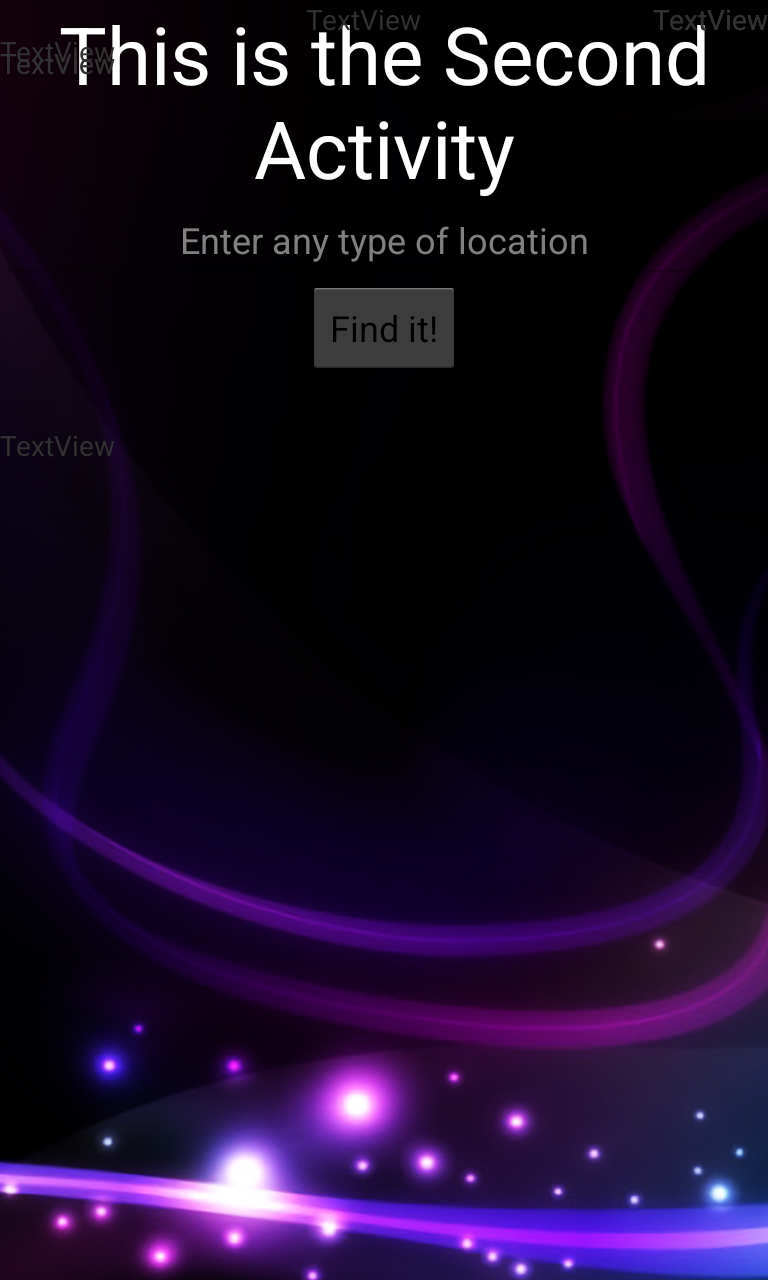
Repository: fsoDannis/workspace
Layout: findIt_3/res/layout/second.xml
These files come from the project's save history. The layout is drawn as it stood at one moment and after the next save; the edit follows.
It is drawn on a 768 x 1280 px phone screen (xhdpi) without system bars, with theme AppTheme; the app's code is not run.

Above is the layout before, as saved 2013-02-01 03:33:07.

### findIt_3/res/layout/second.xml
<?xml version="1.0" encoding="utf-8"?>
<RelativeLayout xmlns:android="http://schemas.android.com/apk/res/android"
    android:layout_width="match_parent"
    android:layout_height="match_parent"
    android:background="@drawable/background2"
    android:orientation="vertical" >

    <TextView
        android:id="@+id/textView1"
        android:layout_width="fill_parent"
        android:layout_height="wrap_content"
        android:gravity="center_vertical|center_horizontal"
        android:text="This is the Second Activity"
        android:textColor="#FFFFFF"
        android:textSize="40sp" />

    <EditText
        android:id="@+id/editText1"
        android:layout_width="match_parent"
        android:layout_height="wrap_content"
        android:layout_alignParentLeft="true"
        android:layout_below="@+id/textView1"
        android:ems="10"
        android:gravity="center_vertical|center_horizontal"
        android:hint="Enter any type of location" />

    <Button
        android:id="@+id/button1"
        android:layout_width="wrap_content"
        android:layout_height="wrap_content"
        android:layout_below="@+id/editText1"
        android:layout_centerHorizontal="true"
        android:text="Find it!" />

    <TextView
        android:id="@+id/nameLabel"
        android:layout_width="wrap_content"
        android:layout_height="wrap_content"
        android:layout_alignParentLeft="true"
        android:layout_below="@+id/button1"
        android:layout_marginTop="25dp"
        android:layout_toLeftOf="@+id/button1"
        android:text="TextView" />

    <TextView
        android:id="@+id/_name"
        android:layout_width="wrap_content"
        android:layout_height="wrap_content"
        android:layout_alignBaseline="@+id/textView2"
        android:layout_alignBottom="@+id/textView2"
        android:layout_alignLeft="@+id/button1"
        android:layout_alignParentRight="true"
        android:text="TextView" />

    <TextView
        android:id="@+id/addresssLabel"
        android:layout_width="wrap_content"
        android:layout_height="wrap_content"
        android:layout_alignParentLeft="true"
        android:layout_below="@+id/textView2"
        android:layout_marginTop="16dp"
        android:layout_toLeftOf="@+id/textView3"
        android:text="TextView" />

    <TextView
        android:id="@+id/_address"
        android:layout_width="wrap_content"
        android:layout_height="wrap_content"
        android:layout_alignBottom="@+id/textView4"
        android:layout_alignParentRight="true"
        android:layout_toRightOf="@+id/textView4"
        android:text="TextView" />

    <TextView
        android:id="@+id/phoneLabel"
        android:layout_width="wrap_content"
        android:layout_height="wrap_content"
        android:layout_alignParentLeft="true"
        android:layout_alignRight="@+id/textView4"
        android:layout_below="@+id/textView4"
        android:layout_marginTop="22dp"
        android:text="TextView" />

    <TextView
        android:id="@+id/_phone"
        android:layout_width="wrap_content"
        android:layout_height="wrap_content"
        android:layout_alignBottom="@+id/textView6"
        android:layout_alignParentRight="true"
        android:layout_toRightOf="@+id/textView6"
        android:text="TextView" />

    <TextView
        android:id="@+id/distanceLabel"
        android:layout_width="wrap_content"
        android:layout_height="wrap_content"
        android:layout_alignParentLeft="true"
        android:layout_below="@+id/textView6"
        android:layout_marginTop="22dp"
        android:layout_toLeftOf="@+id/textView7"
        android:text="TextView" />

    <TextView
        android:id="@+id/_distance"
        android:layout_width="wrap_content"
        android:layout_height="wrap_content"
        android:layout_alignBottom="@+id/textView8"
        android:layout_alignParentRight="true"
        android:layout_toRightOf="@+id/textView8"
        android:text="TextView" />

</RelativeLayout>

Loaded but not shown: findIt_3/res/values/styles.xml (common file); findIt_3/res/values-v11/styles.xml (common file); findIt_3/res/values-v14/styles.xml (common file)

After the next save:
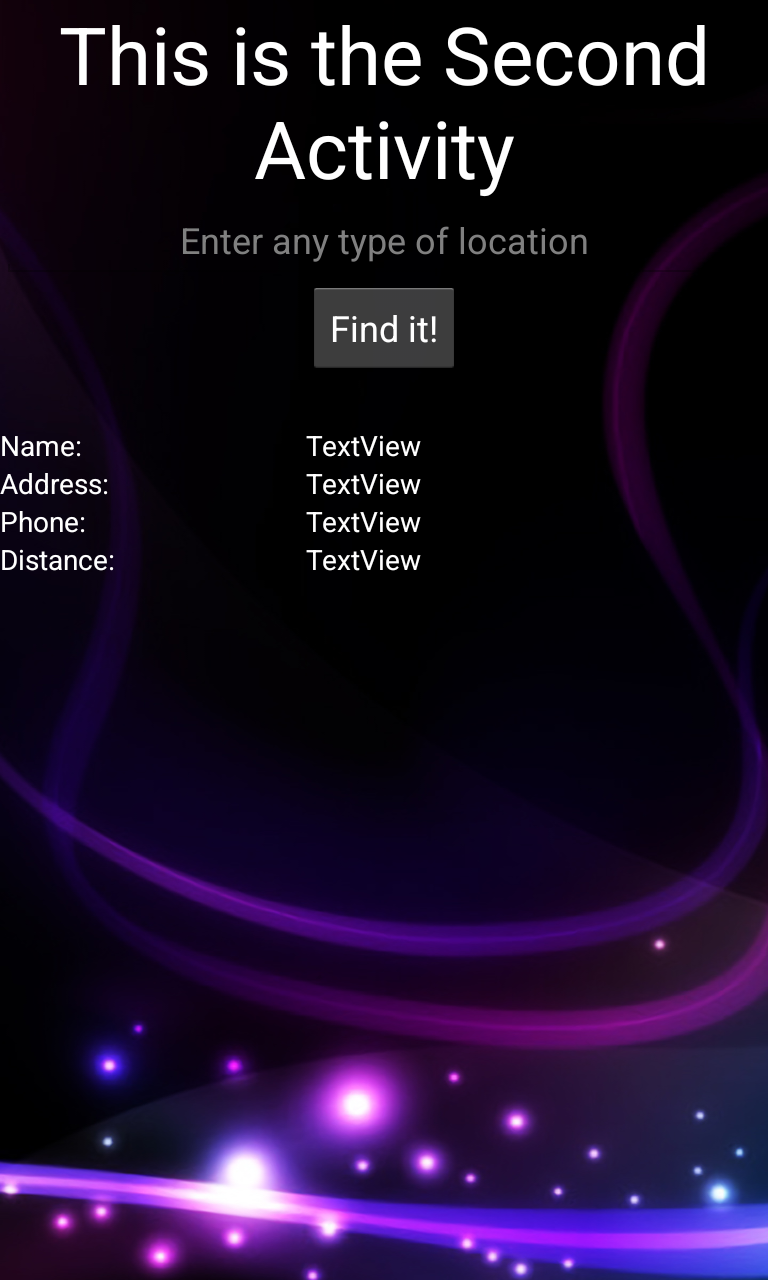
Saved 3 min 28 s later.
--- a/findIt_3/res/layout/second.xml
+++ b/findIt_3/res/layout/second.xml
@@ -20,6 +20,7 @@
         android:layout_height="wrap_content"
         android:layout_alignParentLeft="true"
         android:layout_below="@+id/textView1"
+        android:textColor="#FFFFFF"
         android:ems="10"
         android:gravity="center_vertical|center_horizontal"
         android:hint="Enter any type of location" />
@@ -30,6 +31,7 @@
         android:layout_height="wrap_content"
         android:layout_below="@+id/editText1"
         android:layout_centerHorizontal="true"
+        android:textColor="#FFFFFF"
         android:text="Find it!" />
 
     <TextView
@@ -40,16 +42,18 @@
         android:layout_below="@+id/button1"
         android:layout_marginTop="25dp"
         android:layout_toLeftOf="@+id/button1"
-        android:text="TextView" />
+        android:textColor="#FFFFFF"
+        android:text="Name: " />
 
     <TextView
         android:id="@+id/_name"
         android:layout_width="wrap_content"
         android:layout_height="wrap_content"
-        android:layout_alignBaseline="@+id/textView2"
-        android:layout_alignBottom="@+id/textView2"
-        android:layout_alignLeft="@+id/button1"
+        android:layout_alignBaseline="@+id/nameLabel"
+        android:layout_alignBottom="@+id/nameLabel"
+        android:layout_alignLeft="@+id/_address"
         android:layout_alignParentRight="true"
+        android:textColor="#FFFFFF"
         android:text="TextView" />
 
     <TextView
@@ -57,18 +61,19 @@
         android:layout_width="wrap_content"
         android:layout_height="wrap_content"
         android:layout_alignParentLeft="true"
-        android:layout_below="@+id/textView2"
-        android:layout_marginTop="16dp"
-        android:layout_toLeftOf="@+id/textView3"
-        android:text="TextView" />
+        android:layout_below="@+id/nameLabel"
+        android:layout_toLeftOf="@+id/button1"
+        android:textColor="#FFFFFF"
+        android:text="Address: " />
 
     <TextView
         android:id="@+id/_address"
         android:layout_width="wrap_content"
         android:layout_height="wrap_content"
-        android:layout_alignBottom="@+id/textView4"
+        android:layout_alignLeft="@+id/button1"
         android:layout_alignParentRight="true"
-        android:layout_toRightOf="@+id/textView4"
+        android:layout_below="@+id/_name"
+        android:textColor="#FFFFFF"
         android:text="TextView" />
 
     <TextView
@@ -76,18 +81,20 @@
         android:layout_width="wrap_content"
         android:layout_height="wrap_content"
         android:layout_alignParentLeft="true"
-        android:layout_alignRight="@+id/textView4"
-        android:layout_below="@+id/textView4"
-        android:layout_marginTop="22dp"
-        android:text="TextView" />
+        android:layout_alignRight="@+id/addresssLabel"
+        android:layout_below="@+id/addresssLabel"
+        android:textColor="#FFFFFF"
+        android:text="Phone: " />
 
     <TextView
         android:id="@+id/_phone"
         android:layout_width="wrap_content"
         android:layout_height="wrap_content"
-        android:layout_alignBottom="@+id/textView6"
+        android:layout_alignBaseline="@+id/phoneLabel"
+        android:layout_alignBottom="@+id/phoneLabel"
+        android:layout_alignLeft="@+id/_address"
         android:layout_alignParentRight="true"
-        android:layout_toRightOf="@+id/textView6"
+        android:textColor="#FFFFFF"
         android:text="TextView" />
 
     <TextView
@@ -95,18 +102,20 @@
         android:layout_width="wrap_content"
         android:layout_height="wrap_content"
         android:layout_alignParentLeft="true"
-        android:layout_below="@+id/textView6"
-        android:layout_marginTop="22dp"
-        android:layout_toLeftOf="@+id/textView7"
-        android:text="TextView" />
+        android:layout_alignRight="@+id/phoneLabel"
+        android:layout_below="@+id/phoneLabel"
+        android:textColor="#FFFFFF"
+        android:text="Distance: " />
 
     <TextView
         android:id="@+id/_distance"
         android:layout_width="wrap_content"
         android:layout_height="wrap_content"
-        android:layout_alignBottom="@+id/textView8"
+        android:layout_alignBaseline="@+id/distanceLabel"
+        android:layout_alignBottom="@+id/distanceLabel"
+        android:layout_alignLeft="@+id/_phone"
         android:layout_alignParentRight="true"
-        android:layout_toRightOf="@+id/textView8"
+        android:textColor="#FFFFFF"
         android:text="TextView" />
 
 </RelativeLayout>
